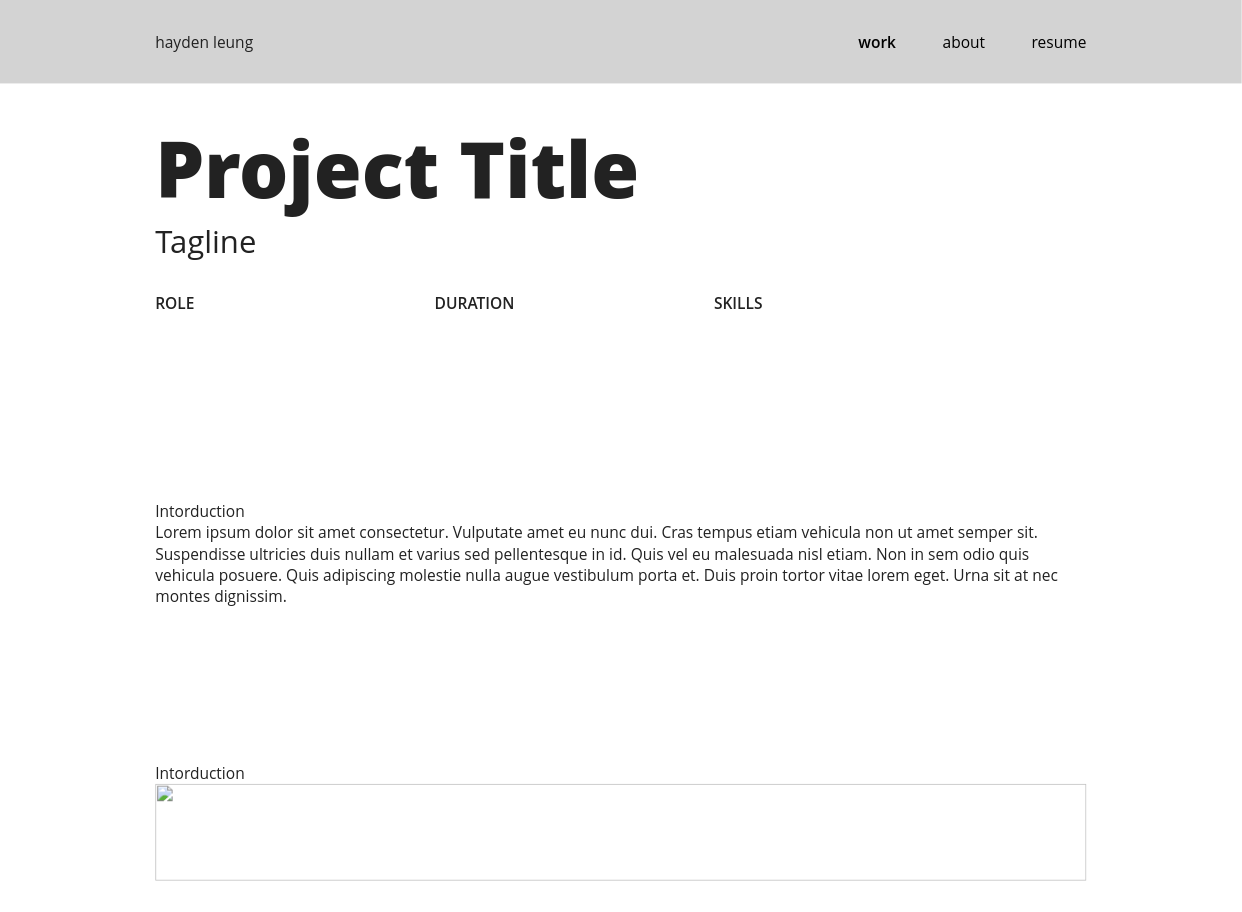
Repository: Haydenleung/Artifact
Page: /
These files come from the project's save history. The page is drawn as it stood at one moment and after the next save; the edit follows.
The browser window is 1280 px wide. The pictures show the whole page, at 97% of full size.
The project was rebuilt for these pictures with package versions that can differ from the ones it lists, and the page was loaded fresh each time. The framework's server and built-in components were replaced by stand-ins that run in the browser. Also part of the build but not shown: next.config.mjs.

Above is the page before, as saved 2024-01-29 00:02:43.

After the next save:
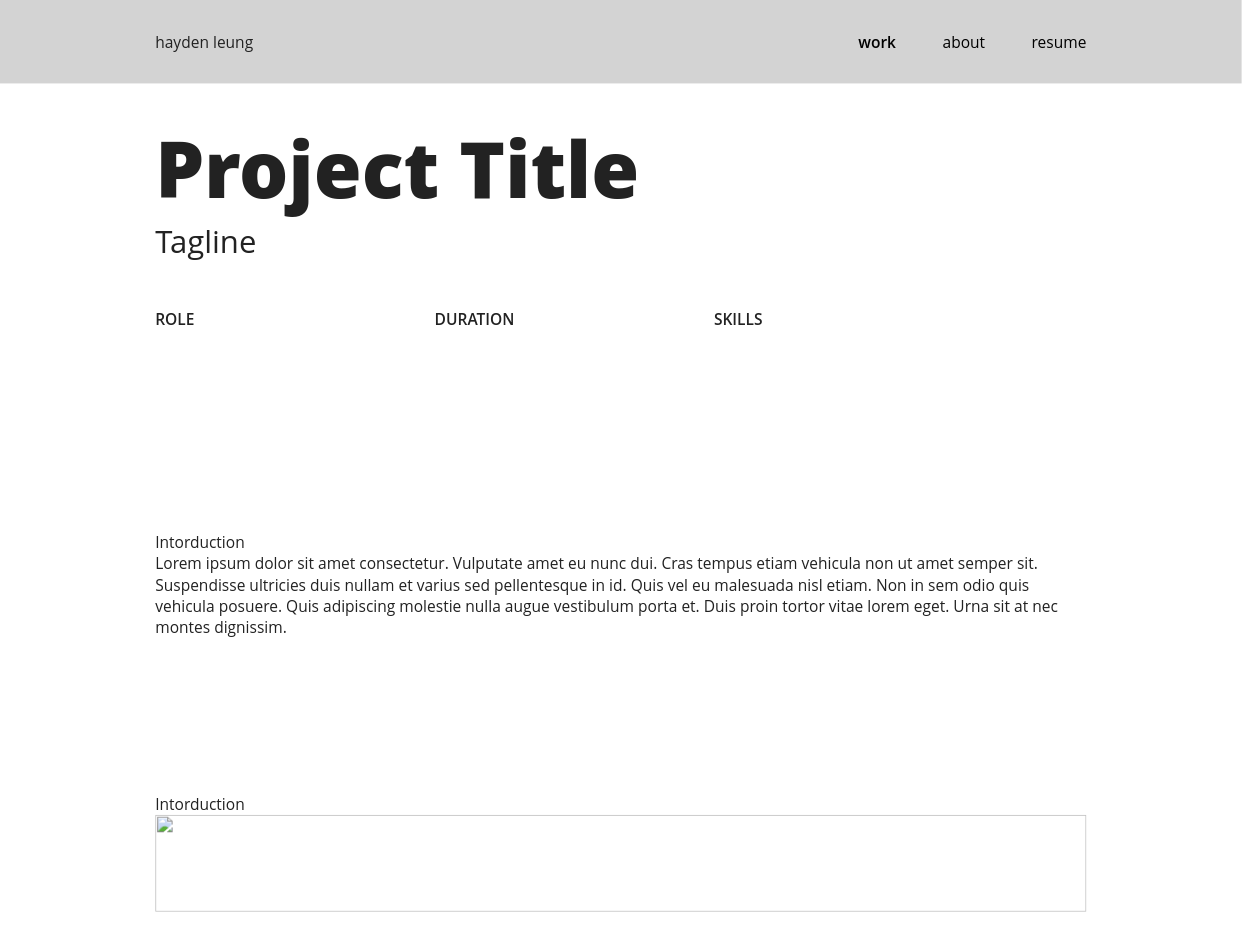
Saved 19 s later.
--- a/src/components/CaseStudy/casestudy.module.css
+++ b/src/components/CaseStudy/casestudy.module.css
@@ -16,7 +16,7 @@
 .projectInfo {
     display: flex;
     flex-direction: row;
-    padding: 2rem 0;
+    padding: 3rem 0;
 }
 
 .projectInfo>div {
